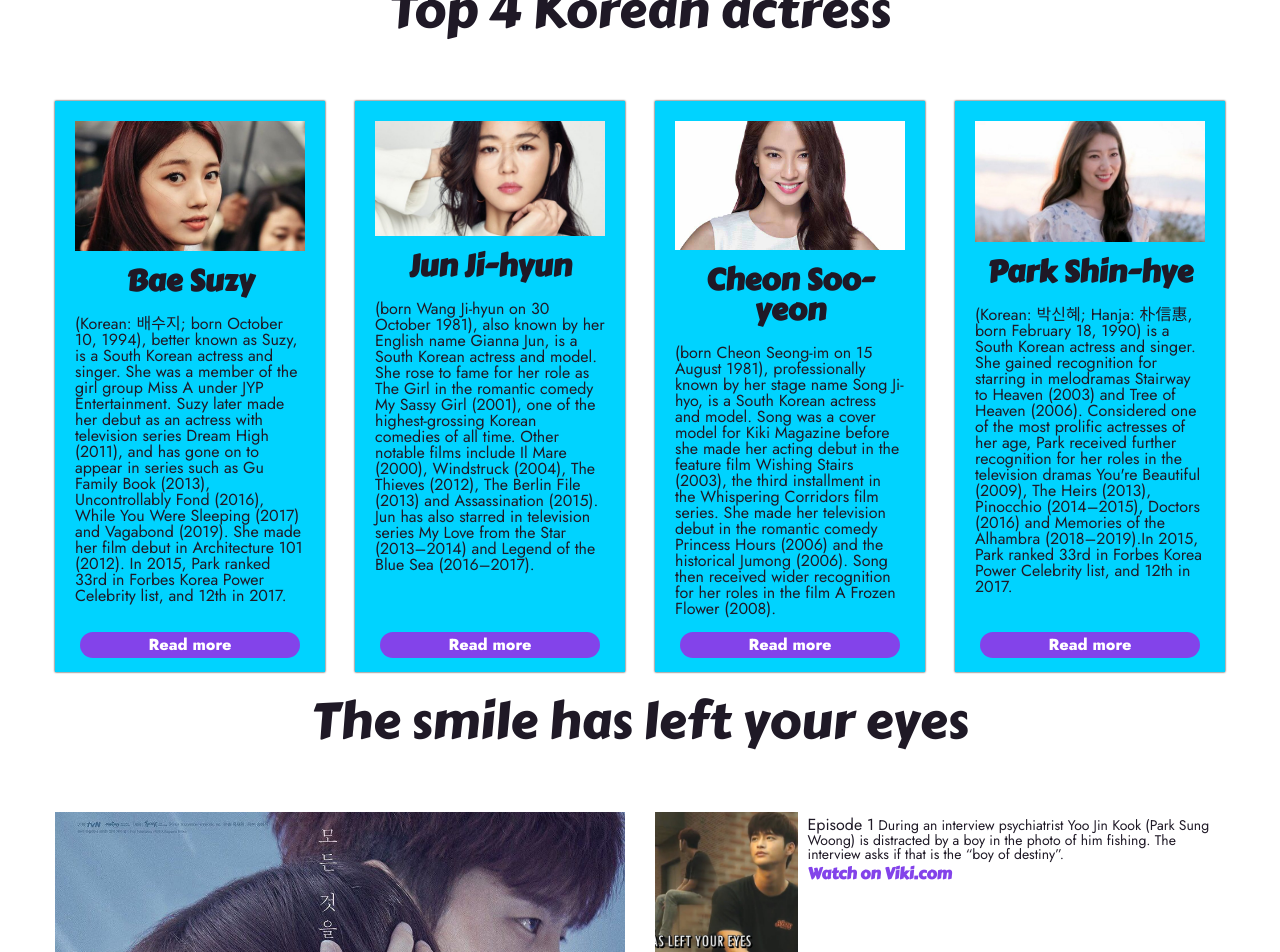
Repository: michalskirobert/K-drama-website
Page: index.html
An editor plug-in stored every save of this project. The page is shown before and after the next save, followed by the edit.
The browser window is 1280 px wide. The pictures show the part of the page from y = 585 to 1537 px (the page is 2767 px tall before and 2857 px after).
A picture or video elsewhere on the page could not be fetched, so the positions and the page height are approximate. Some web fonts or font styles are not loaded; a fallback is used.

Above is the page before, as saved 2020-10-26 21:34:34.

### index.html
<!DOCTYPE html>
<html lang="en">

<head>
  <meta charset="UTF-8" />
  <meta name="viewport" content="width=device-width, initial-scale=1.0" />
  <meta name="author" content="Robert Michalski" />
  <meta name="description" content="Websie about K-drama" />
  <meta name="keywords" content="k-drama, korea, south" />
  <link rel="stylesheet" href="./css/style.css" />
  <link
    href="https://fonts.googleapis.com/css2?family=Roboto:ital,wght@0,100;0,300;0,400;0,500;0,700;0,900;1,100;1,300;1,400;1,500;1,700;1,900&display=swap"
    rel="stylesheet">
  <meta property="og:site_name" content="K-dramas" />
  <meta property="og:url" content="www.example.com" />
  <meta property="og:type" content="website" />
  <meta name="title" property="og:title" content="K-dramas are awesome!" />
  <meta name="image" property="og:image" content="./image/banner.jpg" />
  <meta property="og:image:type" content="image/png">
  <meta property="og:image:width" content="1024">
  <meta property="og:image:height" content="1024">
  <title>K-drama world</title>
</head>

<body>
  <header>
    <nav>
      <a href="./index.html" class="logo">Drama<span>.kr</span></a>
      <ul class="nav-list">
        <li><a href="#" class="nav-links">Home</a></li>
        <li><a href="#" class="nav-links">Dramas</a></li>
        <li><a href="#" class="nav-links">About</a></li>
        <li><a href="#" class="nav-links">Contact</a></li>
      </ul>
    </nav>
  </header>
  <main>
    <section class="banner">
      <div class="vertical__text">
        <h2>Welcome to K-drama page</h2>
      </div>
    </section>
    <section class="home main--box">
      <h1>Top 4 Korean actress</h1>
      <div class="container">
        <div class="box__item">
          <div class="box">
            <img src="./img/actress/bae__suzy.jpg" alt="Bae Suzy" id="suzyBae" /></a>
            <h2>Bae Suzy</h2>
            <p>
              (Korean: 배수지; born October 10, 1994), better known as Suzy, is a South Korean actress and
              singer. She was a member of the girl group Miss A under JYP Entertainment. Suzy later made her debut as an
              actress with television series Dream High (2011), and has gone on to appear in series such as Gu Family
              Book (2013), Uncontrollably Fond (2016), While You Were Sleeping (2017) and Vagabond (2019). She made her
              film debut in Architecture 101 (2012). In 2015, Park ranked 33rd in Forbes Korea Power Celebrity list, and
              12th in 2017.
            </p>
            <div class="btn__item">
              <a href="https://en.wikipedia.org/wiki/Bae_Suzy" target="_blank" class="box__button">Read more</a>
            </div>
          </div>
        </div>
        <div class="box__item">
          <div class="box">
            <img src="./img/actress/Jun_Ji_Hyun.jpg" alt="Jun ji hyun" id="junJiHyun">
            <h2>Jun Ji-hyun</h2>
            <p>
              (born Wang Ji-hyun on 30 October 1981), also known by her English name Gianna Jun, is a South
              Korean actress and model. She rose to fame for her role as The Girl in the romantic comedy My Sassy Girl
              (2001), one of the highest-grossing Korean comedies of all time. Other notable films include Il Mare
              (2000), Windstruck (2004), The Thieves (2012), The Berlin File (2013) and Assassination (2015).
              Jun has also starred in television series My Love from the Star (2013–2014) and Legend of the Blue Sea
              (2016–2017).
            </p>
            <div class="btn__item">
            <a href="https://en.wikipedia.org/wiki/Jun_Ji-hyun" target="_blank" class="box__button">Read more</a>
            </div>
          </div>
        </div>
        <div class="box__item">
          <div class="box">
            <img src="./img/actress/song-ji-hyo.jpg" alt="Cheon Soo-yeon" id="cheonSooYeon" />
            <h2>Cheon Soo-yeon</h2>
            <p>
              (born Cheon Seong-im on 15 August 1981), professionally known by her stage name Song Ji-hyo, is a South
              Korean actress and model. Song was a cover model for Kiki Magazine before she made her acting debut in the
              feature film Wishing Stairs (2003), the third installment in the Whispering Corridors film series. She
              made her television debut in the romantic comedy Princess Hours (2006) and the historical Jumong (2006).
              Song then received wider recognition for her roles in the film A Frozen Flower (2008).
            </p>
            <div class="btn__item">
            <a href="https://en.wikipedia.org/wiki/Song_Ji-hyo" class="box__button">Read more</a>
            </div>
          </div>
        </div>
        <div class="box__item">
          <div class="box">
            <img src="./img/actress/park_shinhye.jpg" alt="Park Shin-hye" id="parkShinHye" />
            <h2>Park Shin-hye</h2>
            <p>
              (Korean: 박신혜; Hanja: 朴信惠, born February 18, 1990) is a South Korean actress and singer. She gained
              recognition for starring in melodramas Stairway to Heaven (2003) and Tree of Heaven (2006). Considered one
              of the most prolific actresses of her age, Park received further recognition for her roles in the
              television dramas You're Beautiful (2009), The Heirs (2013), Pinocchio (2014–2015), Doctors (2016) and
              Memories of the Alhambra (2018–2019).In 2015, Park ranked 33rd in Forbes Korea Power Celebrity list, and
              12th in 2017.
            </p>
            <div class="btn__item">
            <a href="https://en.wikipedia.org/wiki/Park_Shin-hye" target="_blank" class="box__button">Read more</a>
            </div>
          </div>
        </div>
      </div>
      </div>
    </section>
    <section class="drama__list">
      <h2>The smile has left your eyes</h2>
      <div class="container container--drama">
        <div class="image__container__item">
          <img src="./img/dramas/theSmileHasLeftYourEyes.jpg" alt="">
        </div>
        <div class="drama__container">
          <div class="box__item box__item--drama">
            <div class="box box--drama">
              <img src="./img/dramas/tshlEp1.jpg" alt="">
              <p>
                <b>Episode 1</b>
                During an interview psychiatrist Yoo Jin Kook (Park Sung Woong) is distracted by a boy in the photo of
                him fishing. The interview asks if that is the “boy of destiny”.
              </p>
              <a href="https://www.viki.com/tv/36185c-the-smile-has-left-your-eyes" target="_blank">Watch on
                Viki.com</a>
            </div>
          </div>
          <div class="box__item box__item--drama">
            <div class="box box--drama">
              <img src="./img/dramas/tshlEp2.jpg" alt="">
              <p>
                <b>Episode 2</b>
                Yoo Jin Kan (Jung So Min) ditches her brother Yoo Jin Kook (Park Sung Woong) to drink with her arranged
                date, police officer Eom Cho Rong.
              </p>
              <a href="https://www.viki.com/tv/36185c-the-smile-has-left-your-eyes" target="_blank">Watch on
                Viki.com</a>
            </div>
          </div>
        </div>
      </div>
      <h2>Descendants of the Sun</h2>
      <div class="container container--drama">
        <div class="image__container__item desc">
          <img src="./img/dramas/Descendants_of_the_Sun.jpg" alt="Descendants of the Sun">
        </div>
        <div class="content__box">
          <p>Descendants of the Sun (Korean: 태양의 후예; RR: Taeyang-ui Huye) is a 2016 South Korean television series
            starring Song Joong-ki, Song Hye-kyo, Jin Goo, and Kim Ji-won. It aired on KBS2 from February 24
            to April 14, 2016 for 16 episodes. KBS then aired three additional special episodes from April 20 to
            April 22, 2016 containing highlights and the best scenes from the series, the drama's production process,
            behind-the-scenes footage, commentaries from cast members and the final epilogue. <br>

            The series was a major hit in South Korea where it drew a peak audience share of 38.8%. It received
            several awards, such as winning the Grand Prize in television at the 52nd Baeksang Arts Awards; and was
            named the Most Popular Show of the year by Korea Broadcasting Advertising Corporation. <br>

            The show was broadcast across Asia where it was hugely popular and has been credited with a rise in
            tourism to Korea. A local adaptation has aired in Vietnam and adaptations are planned in
            China and the Philippines.. The actors in the show also received international recognition.
          </p>
          <a href="https://www.viki.com/tv/23205c-descendants-of-the-sun">Watch on Viki.com</a>
        </div>
      </div>
      </div>
      </div>
    </section>
  </main>
  <footer>
    <div class="container__footer">
      <div class="nav__item">
        <ul class="nav-list footer">
          <li><b class="footerHeading">Menu</b></li>
          <li><a href="#">Home</a></li>
          <li><a href="#">Dramas</a></li>
          <li><a href="#">About</a></li>
          <li><a href="#">Contact</a></li>
        </ul>
        <ul class="social-media">
          <li><b class="footerHeading">Social Media</b></li>
          <li><a href="#">Facebook</a></li>
          <li><a href="#">Twitter</a></li>
          <li><a href="#">YouTube</a></li>
          <li><a href="#">Instagram</a></li>
        </ul>
        <ul class="service">
          <li><b class="footerHeading">Service</b></li>
          <li><a href="#">Support</a></li>
          <li><a href="#">Join us</a></li>
          <li><a href="#">Label</a></li>
          <li><a href="#">Shop</a></li>
        </ul>
        <ul class="partners">
          <li><b class="footerHeading">Partners</b></li>
          <li><a href="#">Viki.com</a></li>
          <li><a href="#">Enjoy.com</a></li>
          <li><a href="#">SoutKorea.kr</a></li>
          <li><a href="#">Naver.com</a></li>
        </ul>
      </div>
      <div class="form__newsletter">
        <div id="hidden__communicate">
        </div>
        <label for="mail">Newsletter</label>
        <input type="email" name="mail" id="valid__mail" placeholder="your e-mail"><input type="submit" value="Send"
          id="button" onclick="sendButton()">
      </div>
  </footer>
</body>
<script type="text/javascript" src="./js/index.js"></script>

</html>

### css/style.css
/*made by Robert Michalski*/

@import "reset.css";

/* carter-one-regular - latin */
@font-face {
  display: swap;
  font-family: 'Carter One';
  font-style: normal;
  font-weight: 400;
  src: local('Carter One'), local('CarterOne'),
       url('./fonts/carter-one-v12-latin-regular.woff2') format('woff2'), /* Chrome 26+, Opera 23+, Firefox 39+ */
       url('./fonts/carter-one-v12-latin-regular.woff') format('woff'); /* Chrome 6+, Firefox 3.6+, IE 9+, Safari 5.1+ */
}

/* gloria-hallelujah-regular - latin */
@font-face {
  display: swap;
  font-family: 'Gloria Hallelujah';
  font-style: normal;
  font-weight: 400;
  src: local('Gloria Hallelujah'), local('GloriaHallelujah'),
       url('./fonts/gloria-hallelujah-v12-latin-regular.woff2') format('woff2'), /* Chrome 26+, Opera 23+, Firefox 39+ */
       url('./fonts/gloria-hallelujah-v12-latin-regular.woff') format('woff'); /* Chrome 6+, Firefox 3.6+, IE 9+, Safari 5.1+ */
}

/* jost-regular - latin */
@font-face {
  font-family: 'Jost';
  font-style: normal;
  font-weight: 400;
  src: local(''),
       url('./fonts/jost-v4-latin-regular.woff2') format('woff2'), /* Chrome 26+, Opera 23+, Firefox 39+ */
       url('./fonts/jost-v4-latin-regular.woff') format('woff'); /* Chrome 6+, Firefox 3.6+, IE 9+, Safari 5.1+ */
}
/* jost-600 - latin */
@font-face {
  font-family: 'Jost';
  font-style: normal;
  font-weight: 600;
  src: local(''),
       url('./fonts/jost-v4-latin-600.woff2') format('woff2'), /* Chrome 26+, Opera 23+, Firefox 39+ */
       url('./fonts/jost-v4-latin-600.woff') format('woff'); /* Chrome 6+, Firefox 3.6+, IE 9+, Safari 5.1+ */
}
/* jost-800 - latin */
@font-face {
  font-family: 'Jost';
  font-style: normal;
  font-weight: 800;
  src: local(''),
       url('./fonts/jost-v4-latin-800.woff2') format('woff2'), /* Chrome 26+, Opera 23+, Firefox 39+ */
       url('./fonts/jost-v4-latin-800.woff') format('woff'); /* Chrome 6+, Firefox 3.6+, IE 9+, Safari 5.1+ */
}
/* jost-italic - latin */
@font-face {
  font-family: 'Jost';
  font-style: italic;
  font-weight: 400;
  src: local(''),
       url('./fonts/jost-v4-latin-italic.woff2') format('woff2'), /* Chrome 26+, Opera 23+, Firefox 39+ */
       url('./fonts/jost-v4-latin-italic.woff') format('woff'); /* Chrome 6+, Firefox 3.6+, IE 9+, Safari 5.1+ */
}

:root {
  --ff-primary: 'Jost', sans-serif;
  --ff-secondary: 'Carter One';
  --ff-unique: 'Gloria Hallelujah';

  --fw-h2: 600;
  --fw-h3: 900;
  --fw-p: 400;

  --fs-h1: 30px;
  --fs-h2: 28px;
  --fs-h3: 20px;
  --fs-p: 16px;

  --crl-primary: #8343EA;
  --crl-scondary: #9D89B3;
  --crl-tertiary: #00D3FF;
  --crl-default: #1F1926;
  --crl-basic: #FDF7FF;

}

*, *::after, *::before {
  box-sizing: border-box;
  margin: 0;
  padding: 0;
  text-decoration: none;
  font-family: var(--ff-primary);
  color: var(--crl-default);
}

header {
  width: 100%;
  position: fixed;
  background: #fff;
  max-height: 10vh;
  box-shadow: 0 0 5px #111;
  z-index: 255;
}

nav {
  display: flex;
  flex-direction: column;
  align-items: center;
}

main {
  padding-top: 5vh;
}

h1, h2, h3, h4, h5, h6 {
  font-family: var(--ff-secondary);
  padding: 15px 0;
}

h1, h2 {
  text-align: center;
  margin: 0 auto;
}

h1 {
  font-size: var(--fs-h1);
}

h2 {
  font-size: var(--fs-h2);
}

h3 {
  font-size: var(--fs-h3);
}

p, b, i, label {
  font-family: var(--ff-primary);
  font-size: var(--fs-p);
}

i {
  font-weight: 400;
}

.box__button {
  font-family: var(--ff-primary);
}


@media only screen and (min-width: 768px) {
  nav {
    display: flex;
    flex-direction: row;
    flex-wrap: wrap;
    align-items: center;
  }
}

.logo {
  width: 55px;
  text-align: center;
  display: block;
  margin: 0 auto;
  color: black;
  font-family: var(--ff-secondary);
  display: flex;
  align-items: center;
}

.logo span {
  color: blue;
  font-size: .5em;
}

.nav-list {
  display: flex;
  list-style: none;
  justify-content: space-around;
}

.nav-list li {
  padding-left: 15px;
}

.nav-links {
  color: var(--crl-default);
  font-size: 18px;
}

.nav-links:hover,
.nav-links:focus {
  color: var(--crl-scondary);
  font-size: 18px;
  font-weight: bold;
  transition: 0.5s ease;
  border: none;
}

.container {
  padding-top: 50px;
  max-width: 1200px;
  display: flex;
  flex-direction: column;
}

.container img {
  text-align: center;
  margin: 0 auto;
  display: block;
  width: 100%;
}

.box__item h2 {
  font-size: 30px;
  font-weight: 900;
  text-align: center;
  margin-bottom: 5px;
}
.box {
  display: flex;
  position: relative;
  flex-direction: column;
  padding: 20px;
  box-shadow: 0 0 2px #111;
  overflow: hidden;
  height: calc(100% + 35px);
  background-color: var(--crl-tertiary);
}

.box--drama {
  background-color: transparent;
}

.banner {
  background-image: url(./../img/banner.jpg);
  background-position: center;
  background-size: cover;
  background-repeat: no-repeat;
  height: calc(100vh - 200px);
  width: 100%;
  display: table;
}
.vertical__text {
  display: table-cell;
  vertical-align: middle;
}
.banner h2 {
  font-size: 60px;
  font-weight: 900;
  line-height: 70px;
  color: #fff;
  text-align: center;
  text-shadow: 2px 2px 8px #111;
  display: block;
  font-family: var(--ff-unique);
}
.box__item {
  display: flex;
  margin-bottom: 15px;
  padding: 0 15px 30px 15px;
}
a {
  font-family: var(--ff-secondary);
  color: var(--crl-primary);
  font-weight: bold;
}
a:hover {
  color: red;
  font-size: 17px;
  font-weight: 900;
  transition: 0.5s;
}
@media only screen and (min-width: 768px) {
  .container {
    margin-top: 50px;
    flex-direction: row;
    flex-wrap: wrap;
  }
  .box__item {
    display: flex;
    flex-basis: 50%;
    padding: 0 15px 30px 15px;
  }
}

.box__button {
  display: inline-block;
  width: calc(100% - 50px);
  font-size: 16px;
  border: none;
  color: #fff;
  font-weight: 900;
  padding: 5px;
  border-radius: 150px;
  background-color: var(--crl-primary);
}
.box__button:hover {
  background-color: var(--crl-scondary);
  color: #fff;
  padding: 8px;
  transition: 0.5s ease-in-out;
}

@media only screen and (min-width: 1200px) {
  .logo {
    display: flex;
    align-content: center;
    float: left;
    margin-left: 15px;
    line-height: normal;
  }
  .container {
    display: flex;
    flex-direction: row;
    flex-wrap: wrap;
    width: 100%;
    margin: 0 auto;
  }
  .box__item {
    flex-basis: 25%;
  }
  .nav-list {
    margin-left: auto;
    width: 800px;
    height: 8vh;
    align-items: center;
  }
  .content__box {
    flex-basis: 50%;
  }
  .desc {
    width: 600px;
  }
}

.image__container__item {
  padding: 0 15px 30px 15px;
}

.box.box--drama {
  display: block;
  padding: 0;
  align-items: center;
  border: none;
  box-shadow: none;
}
.box.box--drama p {
  margin-left: 10px;
  padding: 5px;
  font-size: 14px;
}
.box.box--drama img {
  margin-right: 10px;
  width: 30%;
  margin-top: 15px;
  float: left;
}
h3 {
  font-size: 18px;
  font-weight: 900;
  height: fit-content;
}
.drama__title {
  display: block;
}
.content__box {
  padding: 0 15px 30px 15px;
}

@media only screen and (min-width: 768px) {
  h1,
  h2 {
    font-size: 50px;
  }
  .image__container__item {
    display: flex;
    align-items: center;
    max-width: 50%;
  }
  .box.box--drama {
    padding: 0;
    align-items: center;
  }
  .box.box--drama img {
    float: left;
    margin-top: 0;
    margin-right: 10px;
    width: 25%;
  }
  .drama__container {
    display: flex;
    flex-direction: column;
    max-width: 1200px;
    flex-basis: 50%;
  }
  .content__box {
    padding: 0 15px 30px 15px;
  }
  .desc > img {
    width: 100%;
  }
  .desc {
    margin: 0 auto;
    text-align: center;
    display: block;
    max-width: 1200px;
  }
}

footer {
  width: 100%;
  background-color: #111;
  height: fit-content;
  display: flex;
  flex-direction: column;
}
.container__footer {
  display: flex;
  padding: 15px 0;
  flex-wrap: wrap;
  justify-content: center;
}
.nav-list.footer {
  display: flex;
  flex-direction: column;
  padding: 0 20px 0;
  flex-basis: 50%;
}

.nav-list.footer a,
.service a,
.social-media a,
.partners a {
  color: #fff;
  line-height: 26px;
}

footer label,
footer h3,
footer p {
  color: #fff;
}

#hidden__communicate {
  display: none;
  color: green;
  margin-bottom: 2px;
  font-weight: 900;
}

#hidden__communicate::after {
  content: " ✔️";
}
footer h3::after {
  content: url(./../img/letter.png);
  margin-left: 5px;
}

.form__newsletter {
  padding-top: 30px;
  position: relative;
  margin: 0 auto;
}

footer [type="submit"] {
  background: orange;
  border: none;
  padding: 7px;
  font-weight: 900;
  width: 75px;
}
footer [type="submit"]:hover {
  color: #fff;
  transition: 0.5s ease-out;
}
input {
  padding: 5px;
}

.footerHeading {
  color: lightgrey;
  font-weight: 900;
  font-size: 20px;
  line-height: 50px;
}
.social-media,
.service,
.partners {
  flex-basis: 50%;
  padding: 0 20px 0;
}
.nav__item {
  display: flex;
  flex-wrap: wrap;
  flex-direction: row;
  align-items: center;
  justify-content: flex-start;
}

.btn__item {
  width: 100%;
  text-align: center;
  padding-top: 25px;
}


@media only screen and (min-width: 1200px) {
  .nav__item {
    display: flex;
    flex-wrap: nowrap;
    flex-direction: row;
    align-items: center;
    justify-content: flex-start;
  }
}

@media only screen and (min-width: 765px) {
  .btn__item {
    width: 100%;
    text-align: center;
    position: absolute;
    left: 0;
    right: 0;
    top: 93%;
    padding: 0;
  }
}

### js/index.js
function sendButton() {
  let button = document.getElementById("button");
  let comm = document.getElementById("hidden__communicate");
  if ((comm.style.display = "none")) {
    comm.style.display = "block";
    comm.innerHTML = "Your request has been sent";
    button.style.color = "white";
    button.style.background = "green";
  } else {
  }
}

### css/reset.css
html, body, div, span, applet, object, iframe,
h1, h2, h3, h4, h5, h6, p, blockquote, pre,
a, abbr, acronym, address, big, cite, code,
del, dfn, em, img, ins, kbd, q, s, samp,
small, strike, strong, sub, sup, tt, var,
b, u, i, center,
dl, dt, dd, ol, ul, li,
fieldset, form, label, legend,
table, caption, tbody, tfoot, thead, tr, th, td,
article, aside, canvas, details, embed,
figure, figcaption, footer, header, hgroup,
menu, nav, output, ruby, section, summary,
time, mark, audio, video {
	margin: 0;
	padding: 0;
	border: 0;
	outline: 0;
	font-size: 100%;
	font: inherit;
	vertical-align: baseline;
	background: transparent;
}
/* HTML5 display-role reset for older browsers */
article, aside, details, figcaption, figure,
footer, header, hgroup, menu, nav, section {
	display: block;
}
body {
	line-height: 1;
}
ol, ul {
	list-style: none;
}
blockquote, q {
	quotes: none;
}
blockquote:before, blockquote:after,
q:before, q:after {
	content: '';
	content: none;
}
table {
	border-collapse: collapse;
	border-spacing: 0;
}

After the next save:
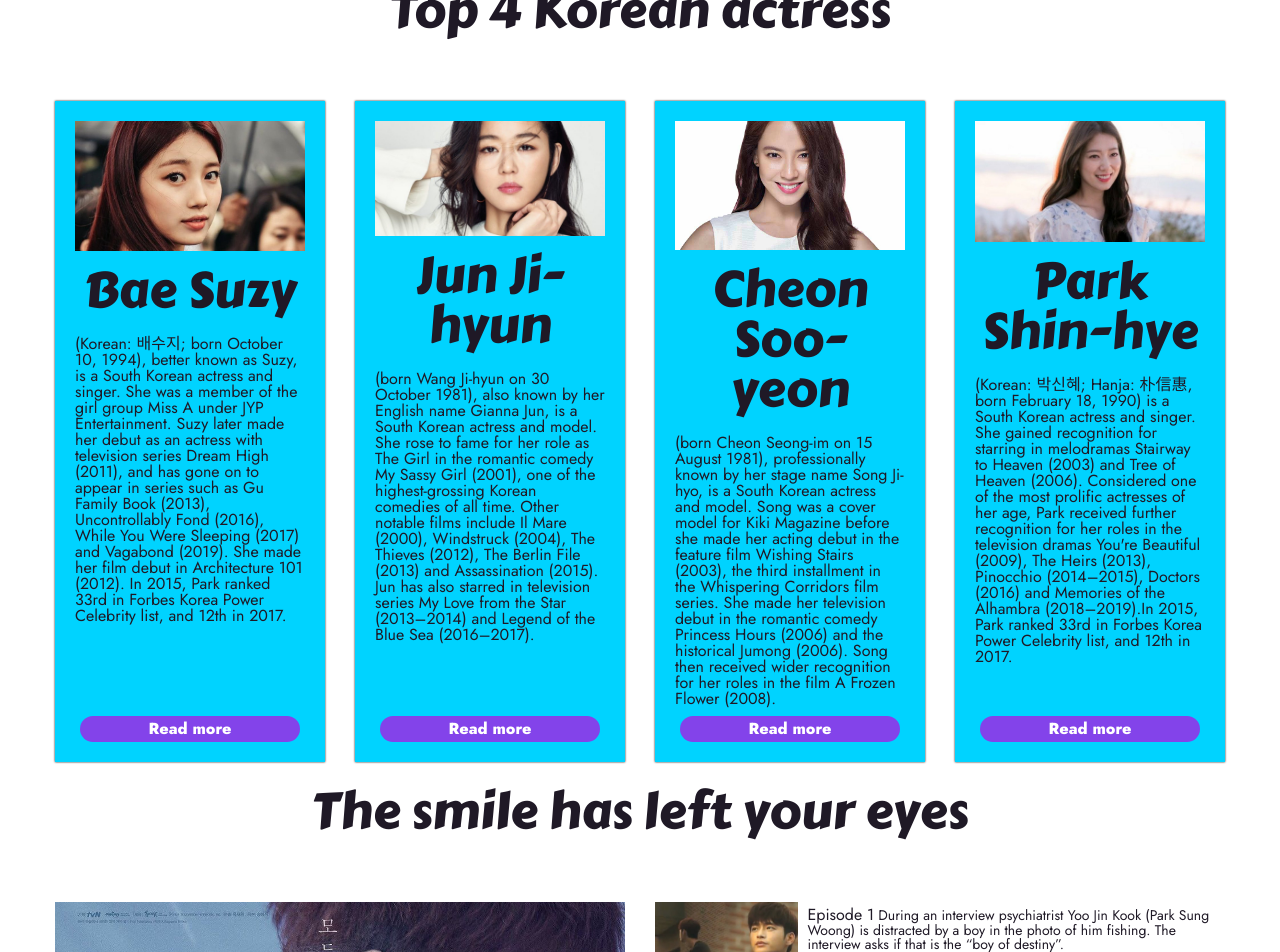
Saved 48 s later.
--- a/css/style.css
+++ b/css/style.css
@@ -211,9 +211,6 @@
 }
 
 .box__item h2 {
-  font-size: 30px;
-  font-weight: 900;
-  text-align: center;
   margin-bottom: 5px;
 }
 .box {
